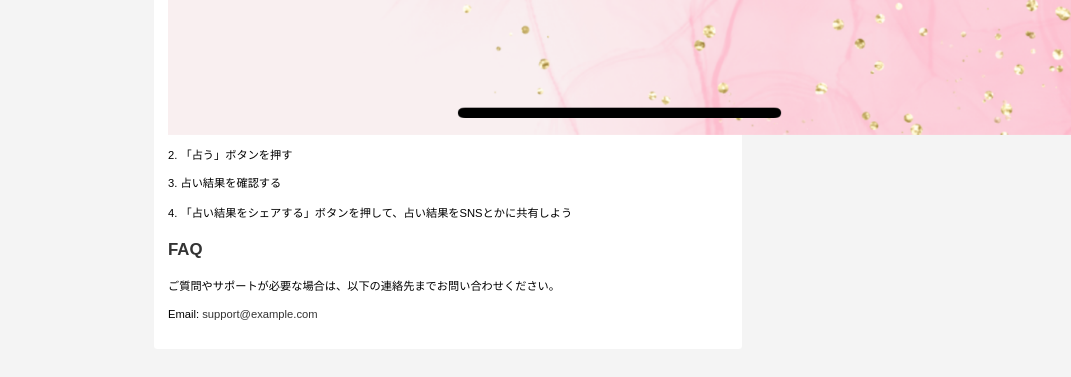
Repository: MasatoKawakami/publicpages
Page: aiuranai/support.html
The author's editor kept a copy of each file at every save. The page is drawn from the files as they stood at one save, then again after the next save.
The browser window is 1280 px wide. The page is 1530 px wide, so the pictures cover 1530 px, including what lies to the right of the window. The pictures show the part of the page from y = 2954 to 4554 px (the page is 3493 px tall before and 7937 px after), at 70% of full size.

Above is the page before, as saved 2024-03-19 10:20:07.

After the next save:
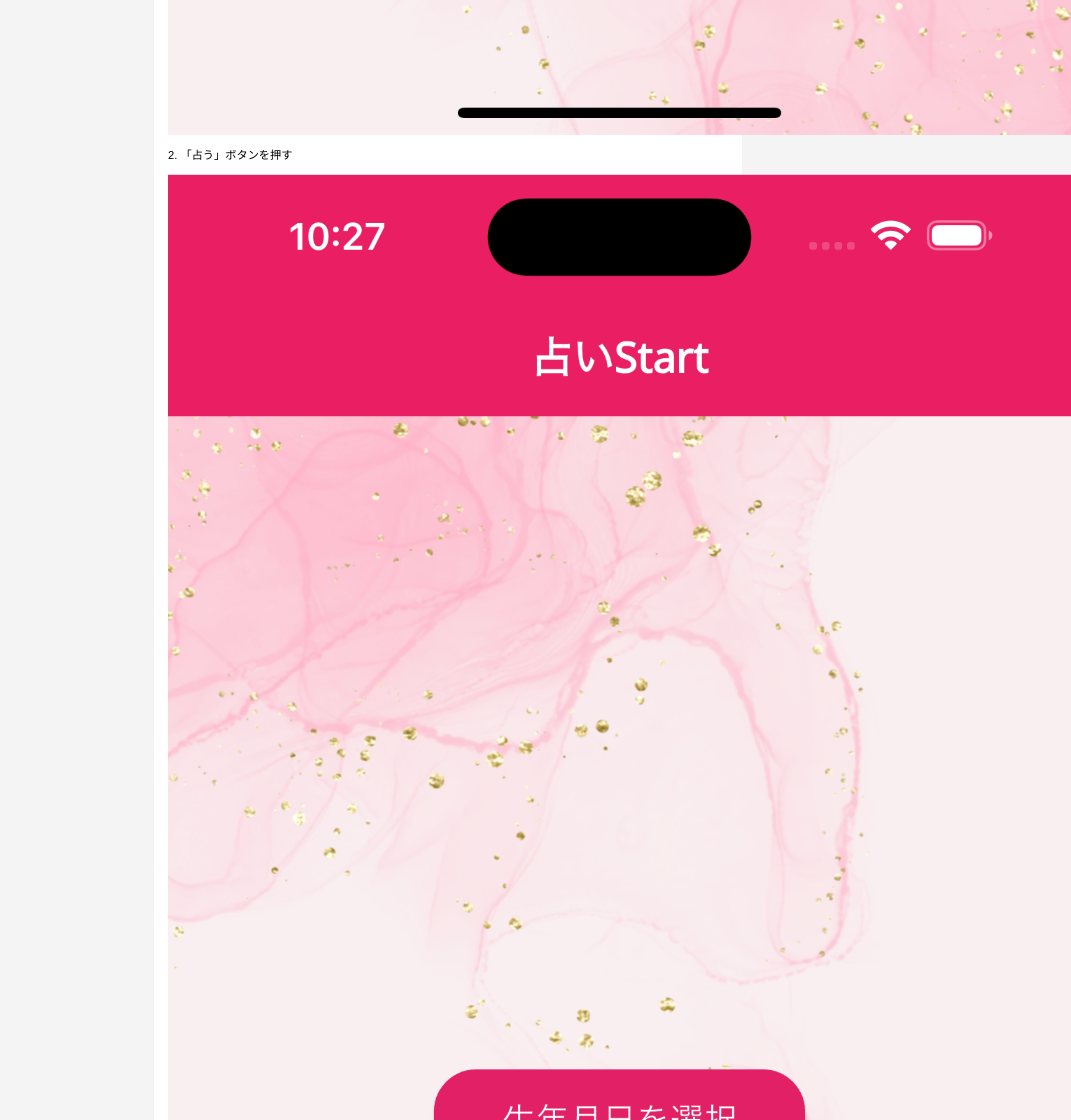
Saved 46 s later.
--- a/aiuranai/support.html
+++ b/aiuranai/support.html
@@ -46,8 +46,11 @@ App Storeに提出するアプリ用のサポートページをHTMLで作成す
     <p>1. 「生年月日を選択」ボタンを押して、あなたの生年月日を入力する</p>
     <img src="images/simple_AI_uranai_01.png" alt="step1" />
     <p>2. 「占う」ボタンを押す</p>
+    <img src="images/simple_AI_uranai_01.png" alt="step1" />
     <p>3.  占い結果を確認する</p>
+    <img src="images/simple_AI_uranai_02.png" alt="step1" />
     <p>4. 「占い結果をシェアする」ボタンを押して、占い結果をSNSとかに共有しよう</p>
+    <img src="images/simple_AI_uranai_03.png" alt="step1" />
 
     <h2>FAQ</h2>
     <p>ご質問やサポートが必要な場合は、以下の連絡先までお問い合わせください。</p>
